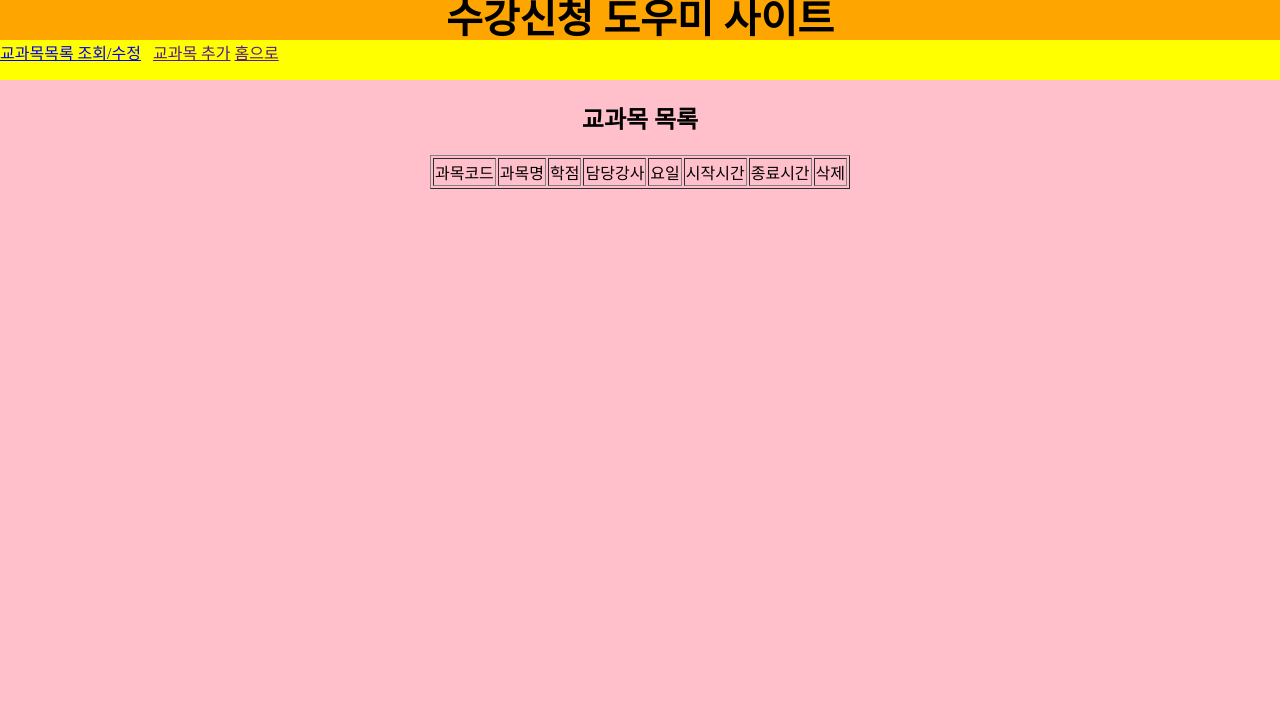
Repository: minjun223/EIP_Study
Page: http://localhost/HRD_2201/slist.jsp
These files come from the project's save history. The page is drawn as it stood at one moment and after the next save; the edit follows.
The browser window is 1280 px wide. The pictures show the whole page.
The page is served by Tomcat 9. Other server files are loaded and not shown.

Above is the page before, as saved 2023-02-11 12:30:01.

### 수강신청/HRD_2201/src/main/webapp/slist.jsp
<%@ page language="java" contentType="text/html; charset=UTF-8"
    pageEncoding="UTF-8"%>
<!DOCTYPE html>
<html>
<head>
<meta charset="UTF-8">
<title>Insert title here</title>
</head>
<body>
<jsp:include page="header.jsp"></jsp:include>
<section style="position:fixed; top:80px; left:0px; text-align:center; width:100%; height:100%; background-color:pink">
<h2 style="text-align:center">교과목 목록</h2>
<form style="display:flex; justify-content:center; align-item:center; text-align:center">
		<table border="1">
			<tr>
				<td>과목코드</td>
				<td>과목명</td>
				<td>학점</td>
				<td>담당강사</td>
				<td>요일</td>
				<td>시작시간</td>
				<td>종료시간</td>
				<td>삭제</td>
			</tr>
		</table>
		</form>
</section>
<jsp:include page="header.jsp"></jsp:include>
</body>
</html>

### 수강신청/HRD_2201/src/main/webapp/header.jsp
<%@ page language="java" contentType="text/html; charset=UTF-8"
    pageEncoding="UTF-8"%>
<!DOCTYPE html>
<html>
<head>
<meta charset="UTF-8">
<title>Insert title here</title>
</head>
<body>
<header style="position:fixed; top:0px; height:40px; line-height:40px; left:0px; width:100%; background-color:orange; text-align:center; font-size:40px">
<b>수강신청 도우미 사이트</b></header>
<nav style="position:fixed; top:40px; height:40px; line-heignt:40px; left:0px;width:100%; pedding-left:20px; background-color:yellow">
	<a href="insert.jsp">교과목목록 조회/수정</a>&nbsp;&nbsp;
	<a href="">교과목 추가</a>
	<a href="">홈으로</a>
</nav>
</body>
</html>

### 수강신청/HRD_2201/src/main/webapp/footer.jsp
<%@ page language="java" contentType="text/html; charset=UTF-8"
    pageEncoding="UTF-8"%>
<!DOCTYPE html>
<html>
<head>
<meta charset="UTF-8">
<title>Insert title here</title>
</head>
<body>
<footer style="position:fixed; bottom:0px; left:0px; width:100%; height:30px; line-height:30px; background-color:skyblue; text-align:center">
HRDKOREA Copyrightⓒ2022 All rights reserved. Human Resources Development Service of Korea.
</footer>
</body>
</html>

After the next save:
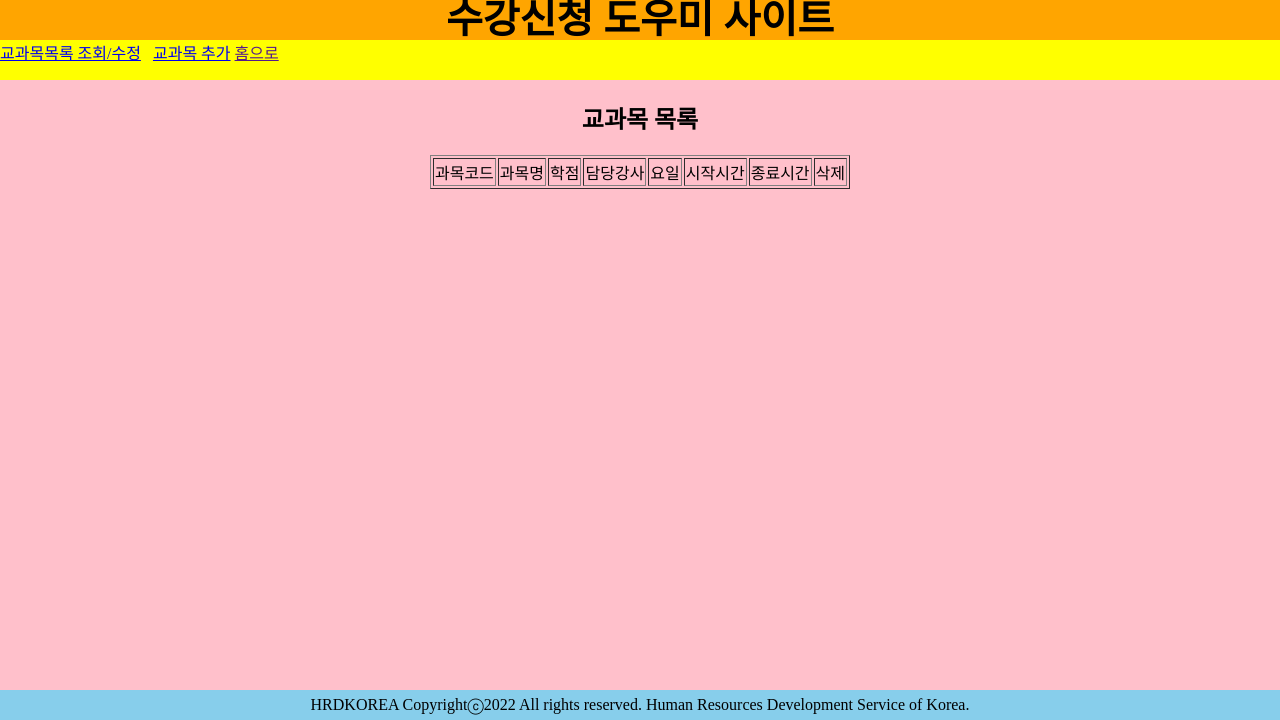
Saved 2 min 8 s later.
--- a/수강신청/HRD_2201/src/main/webapp/slist.jsp
+++ b/수강신청/HRD_2201/src/main/webapp/slist.jsp
@@ -25,6 +25,6 @@
 		</table>
 		</form>
 </section>
-<jsp:include page="header.jsp"></jsp:include>
+<jsp:include page="footer.jsp"></jsp:include>
 </body>
 </html>
--- a/수강신청/HRD_2201/src/main/webapp/header.jsp
+++ b/수강신청/HRD_2201/src/main/webapp/header.jsp
@@ -11,7 +11,7 @@
 <b>수강신청 도우미 사이트</b></header>
 <nav style="position:fixed; top:40px; height:40px; line-heignt:40px; left:0px;width:100%; pedding-left:20px; background-color:yellow">
 	<a href="insert.jsp">교과목목록 조회/수정</a>&nbsp;&nbsp;
-	<a href="">교과목 추가</a>
+	<a href="slist.jsp">교과목 추가</a>
 	<a href="">홈으로</a>
 </nav>
 </body>
